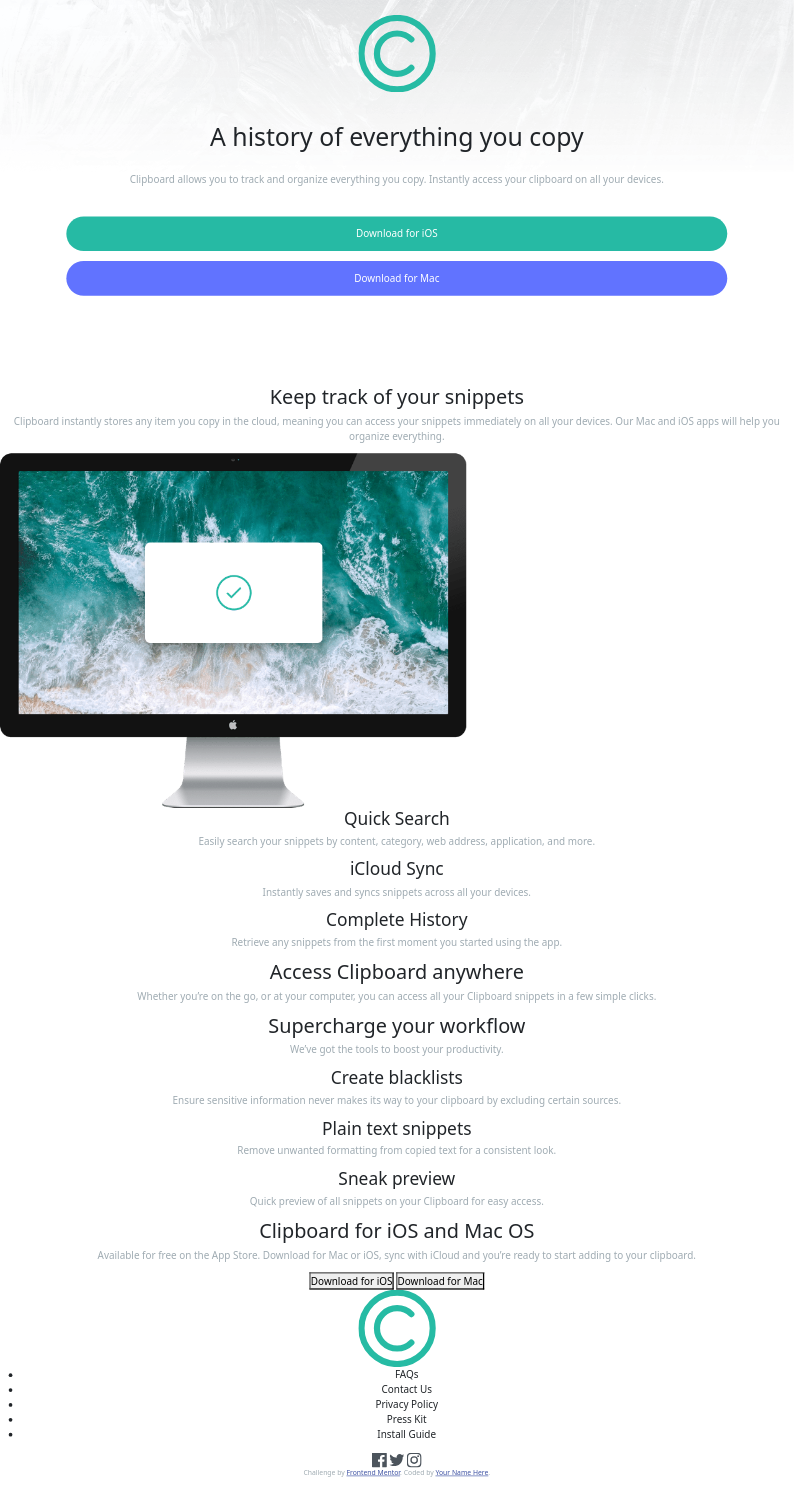
Repository: blordeus/clipboard-landing-page-master
Page: index.html
These files come from the project's save history. The page is drawn as it stood at one moment and after a run of saves; the edit follows.
The browser window is 1280 px wide. The pictures show the whole page, at 62% of full size.
Some web fonts or font styles are not loaded; a fallback is used. The style sheet was rebuilt from its Sass, Less or Tailwind sources for each picture, by a compiler version that may differ from the author's.

Above is the page before, as saved 2023-09-04 11:39:06.

### index.html
<!DOCTYPE html>
<html lang="en">
<head>
  <meta charset="UTF-8">
  <meta name="viewport" content="width=device-width, initial-scale=1.0"> <!-- displays site properly based on user's device -->

  <link rel="icon" type="image/png" sizes="32x32" href="./images/favicon-32x32.png">
  <link rel="stylesheet" href="style.css">
  <link href="https://cdn.jsdelivr.net/npm/bootstrap@5.3.1/dist/css/bootstrap.min.css" rel="stylesheet" integrity="sha384-4bw+/aepP/YC94hEpVNVgiZdgIC5+VKNBQNGCHeKRQN+PtmoHDEXuppvnDJzQIu9" crossorigin="anonymous">
  <title>Frontend Mentor | Clipboard landing page</title>

</head>
<body>
<main class="text-center">
    <header class="background py-4">
      <img src="./images/logo.svg" alt="">
      <h1 class="mt-5 translate-bottom-y">A history of everything you copy</h1>
    </header>

    <p>
      Clipboard allows you to track and organize everything you
      copy. Instantly access your clipboard on all your devices.
    </p>

    <div class="d-grid gap-3 col-10 mx-auto my-5 pb-5">
      <button class="btn-cyan rounded-pill">Download for iOS</button>
      <button class="btn-blue rounded-pill">Download for Mac</button>
    </div>

    <h2 class="pt-5">Keep track of your snippets</h2>

    <p>
      Clipboard instantly stores any item you copy in the cloud,
      meaning you can access your snippets immediately on all your
      devices. Our Mac and iOS apps will help you organize everything.
    </p>

    <section class="d-grid">
      <img class="img-fluid" src="./images/image-computer.png" alt="computer">
      <div>
        <h3>Quick Search</h3>
        <p>Easily search your snippets by content, category, web address, application, and more.</p>
        <h3>iCloud Sync</h3>
        <p>Instantly saves and syncs snippets across all your devices.</p>
        <h3>Complete History</h3>
        <p>Retrieve any snippets from the first moment you started using the app.</p>
      </div>
    </section>

    <h2>Access Clipboard anywhere</h2>

    <p>
      Whether you’re on the go, or at your computer, you can access all your Clipboard
      snippets in a few simple clicks.
    </p>

    <h2>Supercharge your workflow</h2>

    <p>We’ve got the tools to boost your productivity.</p>

    <section>
      <h3>Create blacklists</h3>
      <p>Ensure sensitive information never makes its way to your clipboard by excluding certain sources.</p>
      <h3>Plain text snippets</h3>
      <p>Remove unwanted formatting from copied text for a consistent look.</p>
      <h3>Sneak preview</h3>
      <p>Quick preview of all snippets on your Clipboard for easy access.</p>
    </section>

    <h2>Clipboard for iOS and Mac OS</h2>

    <p>
      Available for free on the App Store. Download for Mac or iOS, sync with iCloud
      and you’re ready to start adding to your clipboard.
    </p>

    <button>Download for iOS</button>
    <button>Download for Mac</button>

    <section>
      <img src="./images/logo.svg" alt="">
      <ul>
        <li>FAQs</li>
        <li>Contact Us</li>
        <li>Privacy Policy</li>
        <li>Press Kit</li>
        <li>Install Guide</li>
      </ul>
      <div class="icons">
        <img src="./images/icon-facebook.svg" alt="">
        <img src="./images/icon-twitter.svg" alt="">
        <img src="./images/icon-instagram.svg" alt="">
      </div>
    </section>

    <footer>
      <p class="attribution">
        Challenge by <a rel= "noopener" href="https://www.frontendmentor.io?ref=challenge" target="_blank">Frontend Mentor</a>.
        Coded by <a href="#">Your Name Here</a>.
      </p>
    </footer>
</main>
</body>
</html>

### style.scss
@import url('https://fonts.googleapis.com/css2?family=Bai+Jamjuree:wght@400;600&family=Karla:wght@400;700&display=swap');

:root{
--Strong-Cyan: hsl(171, 66%, 44%);
--Light-Blue: hsl(233, 100%, 69%);
--Dark-Grayish-Blue: hsl(210, 10%, 33%);
--Grayish-Blue: hsl(201, 11%, 66%);

}
//reset
* {
    margin: 0;
    padding: 0;
    box-sizing: border-box;
}

body {
    font-family: 'Bai Jamjuree', sans-serif;
    background-color: hsl(204, 43%, 93%);
    font-size: 18px;
}

p {
    color: var(--Grayish-Blue);
}

//button
.btn-cyan {
    background-color: var(--Strong-Cyan);
    color: white;
    padding: 1rem;
    border: none;
    cursor: pointer;
}

.btn-blue {
    background-color: var(--Light-Blue);
    color: white;
    padding: 1rem;
    border: none;
    cursor: pointer;
}

.background {
    background-image: url(./images/bg-header-mobile.png);
    background-repeat: no-repeat;
    background-size: cover;
    background-position: center;
    height: 100%;
    width: 100%;
}

.attribution { font-size: 11px; text-align: center; }
.attribution a { color: hsl(228, 45%, 44%); }

//media query for 900px
@media screen and (min-width: 900px) {
    .background {
        background-image: url(./images/bg-header-desktop.png);
    }
}

After the next 2 saves:
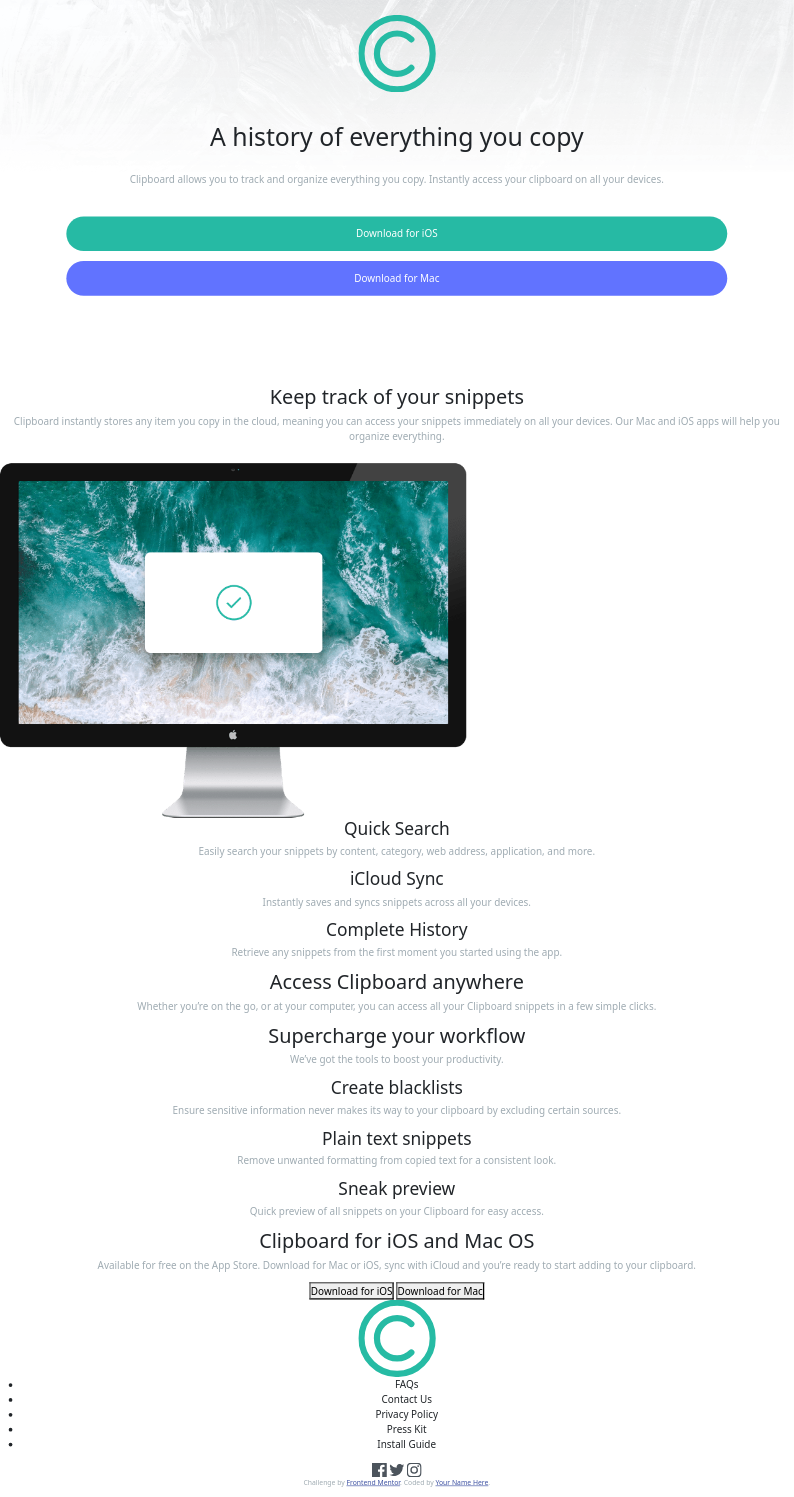
The 2 saves are shown as one change because they came seconds apart.
The last was saved 18 s later.
--- a/index.html
+++ b/index.html
@@ -29,7 +29,7 @@
 
     <h2 class="pt-5">Keep track of your snippets</h2>
 
-    <p>
+    <p class="pb-3">
       Clipboard instantly stores any item you copy in the cloud,
       meaning you can access your snippets immediately on all your
       devices. Our Mac and iOS apps will help you organize everything.
